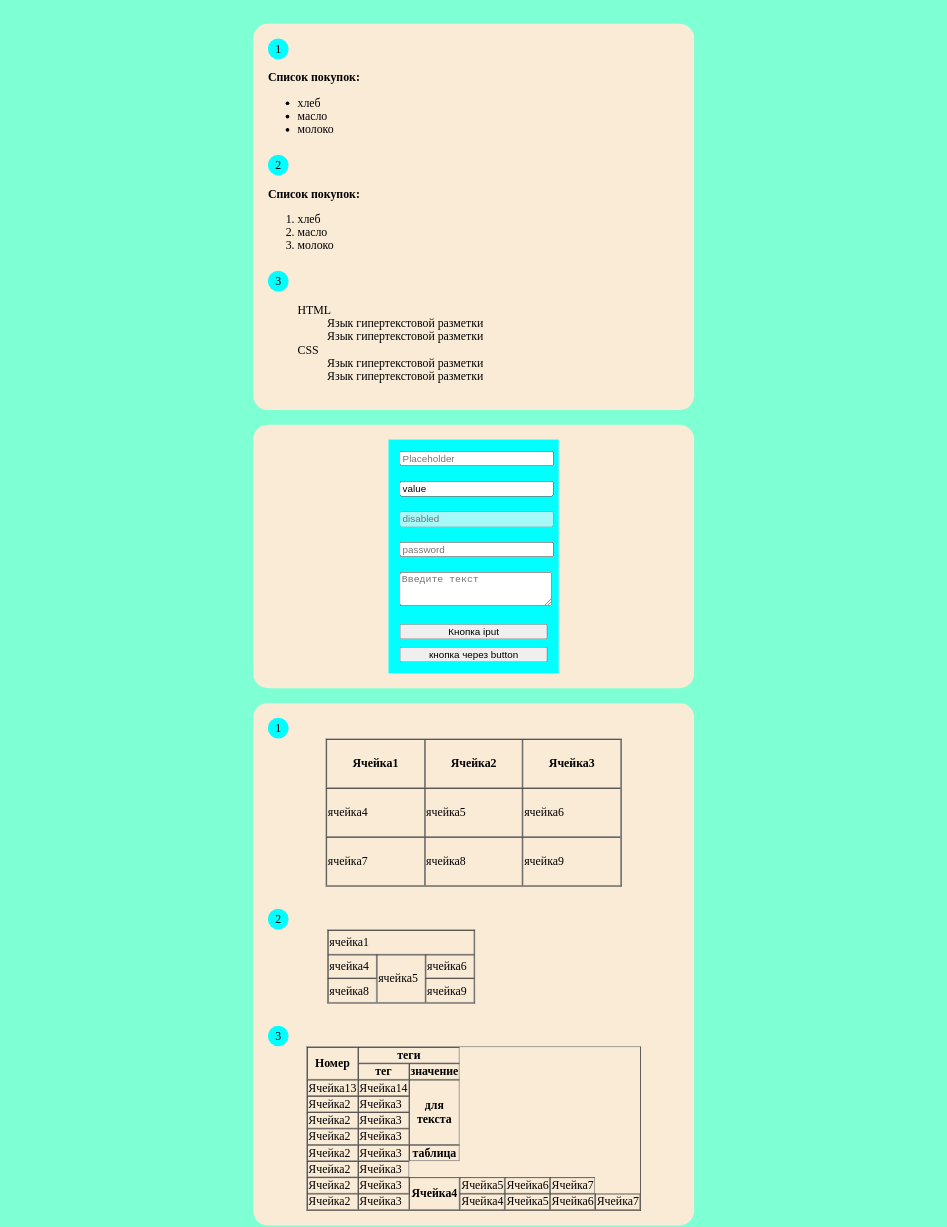
Repository: Savich01/-
Page: html/index.html
The author's editor kept a copy of each file at every save. The page is drawn from the files as they stood at one save, then again after the next save.
The browser window is 1280 px wide. The pictures show the whole page, at 74% of full size.

Above is the page before, as saved 2024-05-31 17:29:47.

### html/index.html
<!DOCTYPE html>
<html lang="en">
<head>
    <meta charset="UTF-8">
    <meta name="viewport" content="width=device-width, initial-scale=1.0">
    <title>Document</title>
    <link rel="stylesheet" href="/css/style.css">
</head>
<body>

    <header class="header">

    </header>
    <main class="main">
        <div class="container">
            <section class="section-1">
                <div class="block">1</div>
                <p class="text">
                    <b>Список покупок:</b>
                </p>
                <ul class="list">
                    <li>хлеб</li>
                    <li>масло</li>
                    <li>молоко</li>
                </ul>

                <div class="block">2</div>
                <p class="text">
                    <b>Список покупок:</b>
                </p>
                <ol class="list">
                    <li>хлеб</li>
                    <li>масло</li>
                    <li>молоко</li>
                </ol>

                <div class="block">3</div>
                <ul class="main-list--item">
                    <li>HTML
                        <ul>
                            <li class="main-link">Язык гипертекстовой разметки</li>
                            <li class="main-link">Язык гипертекстовой разметки</li>
                        </ul>
                    </li>
                    <li>CSS
                        <ul>
                            <li class="main-link">Язык гипертекстовой разметки</li>
                            <li class="main-link">Язык гипертекстовой разметки</li>
                        </ul>
                    </li>
                </ul>
            </section>

            <section class="section-2">
                <form action="#" class="form">
                    <input class="input" type="text" placeholder="Placeholder">
                    <input class="input" type="text" value="value">
                    <input class="input" type="text" disabled="disabled" placeholder="disabled">
                    <input class="input" type="password" placeholder="password">
                    <textarea class="textarea" placeholder="Введите текст"></textarea>
                    <input class="input-btn" type="button" value="Кнопка iput">
                    <button class="button">кнопка через button</button>
                </form>
            </section>

            <section class="section-3">
                <div class="block">1</div>
                <table class="table" width=400 height=200 border=1 cellpedding=0 cellspacing=0>
                    <tr>
                        <th>Ячейка1</th>
                        <th>Ячейка2</th>
                        <th>Ячейка3</th>
                    </tr>

                    <tr>
                        <td>ячейка4</td>
                        <td>ячейка5</td>
                        <td>ячейка6</td>
                    </tr>
                    <tr>
                        <td>ячейка7</td>
                        <td>ячейка8</td>
                        <td>ячейка9</td>
                    </tr>
                </table>

                <div class="block">2</div>
                <table class="table2" width=200 height=100  border="1" cellpedding=0 cellspacing=0>
                    <tr>
                        <td colspan="3">ячейка1</td>
                        <!-- <td>ячейка2</td> -->
                        <!-- <td>ячейка3</td> -->
                    </tr>
                    <tr>
                        <td>ячейка4</td>
                        <td rowspan="2">ячейка5</td>
                        <td>ячейка6</td>
                    </tr>
                    <tr>
                        <!-- <td>ячейка7</td> -->
                        <td>ячейка8</td>
                        <td>ячейка9</td>
                    </tr>
                </table>

                <div class="block">3</div>
                <table class="table3" width=400 height=50  border="1" cellpedding=0 cellspacing=0>
                    <tr>
                        <th rowspan="2">Номер</th>
                        <th colspan="5">теги</th>
                        <!-- <th>Ячейка3</th> -->
                        <!-- <th>Ячейка4</th> -->
                        <!-- <th>Ячейка5</th> -->
                        <!-- <th>Ячейка6</th> -->
                    </tr>
                    <tr>
                        <!-- <td>Ячейка7</td> -->
                        <th>тег</th>
                        <th colspan="4">значение</th>
                        <!-- <td>Ячейка10</td> -->
                        <!-- <td>Ячейка11</td> -->
                        <!-- <td>Ячейка12</td> -->
                    </tr>
                    <tr>
                        <td>Ячейка13</td>
                        <td>Ячейка14</td>
                        <th rowspan="4" colspan="4">для текста</th>
                        <!-- <td>Ячейка16</td> -->
                        <!-- <td>Ячейка17</td> -->
                        <!-- <td>Ячейка18</td> -->
                    </tr>
                    <tr>
                        <td>Ячейка2</td>
                        <td>Ячейка3</td>
                        <!-- <td>Ячейка4</td> -->
                        <!-- <td>Ячейка5</td> -->
                        <!-- <td>Ячейка6</td> -->
                        <!-- <td>Ячейка7</td> -->
                    </tr>
                    <tr>
                        <td>Ячейка2</td>
                        <td>Ячейка3</td>
                        <!-- <td>Ячейка4</td> -->
                        <!-- <td>Ячейка5</td> -->
                        <!-- <td>Ячейка6</td> -->
                        <!-- <td>Ячейка7</td> -->
                    </tr>
                    <tr>
                        <td>Ячейка2</td>
                        <td>Ячейка3</td>
                        <!-- <td>Ячейка4</td> -->
                        <!-- <td>Ячейка5</td> -->
                        <!-- <td>Ячейка6</td> -->
                        <!-- <td>Ячейка7</td> -->
                    </tr>
                    <tr>
                        <td>Ячейка2</td>
                        <td>Ячейка3</td>
                        <th colspan="4">таблица</th>
                        <!-- <td>Ячейка5</td> -->
                        <!-- <td>Ячейка6</td> -->
                        <!-- <td>Ячейка7</td> -->
                    </tr>
                    <tr>
                        <td>Ячейка2</td>
                        <td>Ячейка3</td>
                        <!-- <th colspan="4">ряд таблицы</th> -->
                        <!-- <td>Ячейка5</td> -->
                        <!-- <td>Ячейка6</td> -->
                        <!-- <td>Ячейка7</td> -->
                    </tr>
                    <tr>
                        <td>Ячейка2</td>
                        <td>Ячейка3</td>
                        <th rowspan="4" colspan="4">Ячейка4</th>
                        <td>Ячейка5</td>
                        <td>Ячейка6</td>
                        <td>Ячейка7</td>
                    </tr>
                    <tr>
                        <td>Ячейка2</td>
                        <td>Ячейка3</td>
                        <td>Ячейка4</td>
                        <td>Ячейка5</td>
                        <td>Ячейка6</td>
                        <td>Ячейка7</td>
                    </tr>

                </table>
            </section>
        </div>
    </main>
    <footer class="footer">

    </footer>

</body>
</html>

### css/style.css
body{
    max-width: 600px;
    height: 100%;
    margin: 0 auto;
    background-color: aquamarine;
    padding: 0px 10px;
}

.container{
    padding: 2px;
    margin-top: 30px;
}
/* ==========SECTION-1========================== */
.section-1{
    padding: 20px;
    background-color: antiquewhite;
    border-radius: 20px;
    margin-bottom: 20px;
}

.block{
    background-color:aqua;
    display: inline-block;
    padding: 5px 10px;
    border-radius: 100%;
}

.list{
    margin-bottom: 25px;
}
.main-list--item{
    list-style: none;
    /* text-decoration: none; */
}

.main-link{
    list-style: none;
}

/* ==========SECTION-2========================== */

.section-2{
    background-color: antiquewhite;
    border-radius: 20px;
    padding: 20px;
    margin-bottom: 20px;
}

.form{
    margin: 0 auto;
    max-width: 200px;
    padding: 15px;
    background-color: aqua;
}
.input{
    margin: 0 auto;
    width: 100%;
    margin-bottom: 20px;
}
.textarea{
    width: 100%;
    height: 40px;
    margin-bottom: 20px;
}

.input-btn{
    display: block;
    width: 100%;
    margin-bottom: 10px;
    cursor: pointer;
}
.button{
    display: block;
    width: 100%;
    cursor: pointer;
}

/* ==========SECTION-3========================== */

.section-3{
    background-color: antiquewhite;
    border-radius: 20px;
    padding: 20px;
}

.table{
    margin: 0 auto;
    margin-bottom: 30px;
}
.table2{
    margin-left: 80px;
    margin-bottom: 30px;
}
.table3{
    margin: 0 auto;
}

After the next save:
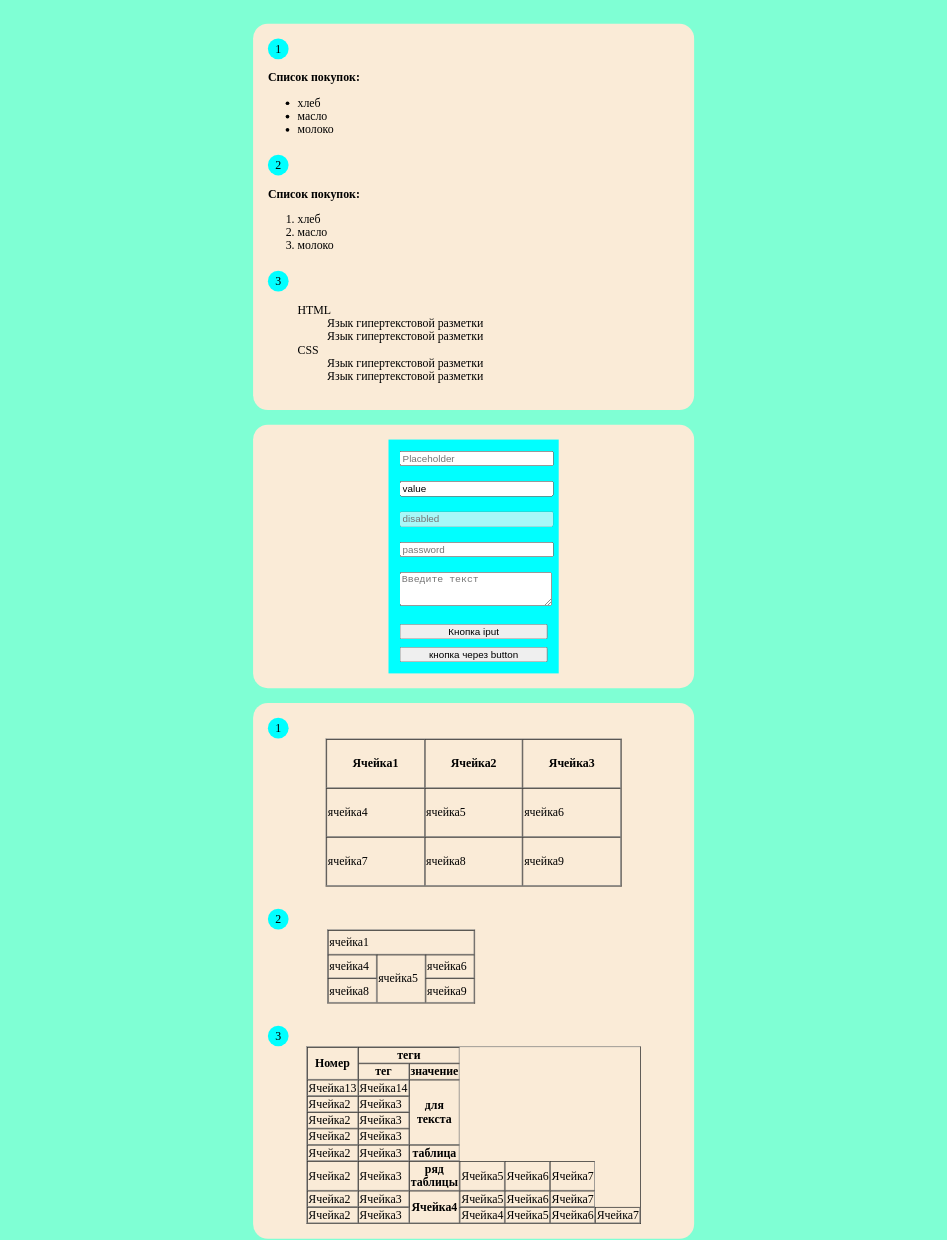
Saved 10 s later.
--- a/html/index.html
+++ b/html/index.html
@@ -164,10 +164,10 @@
                     <tr>
                         <td>Ячейка2</td>
                         <td>Ячейка3</td>
-                        <!-- <th colspan="4">ряд таблицы</th> -->
-                        <!-- <td>Ячейка5</td> -->
-                        <!-- <td>Ячейка6</td> -->
-                        <!-- <td>Ячейка7</td> -->
+                        <th colspan="4">ряд таблицы</th>
+                        <td>Ячейка5</td>
+                        <td>Ячейка6</td>
+                        <td>Ячейка7</td>
                     </tr>
                     <tr>
                         <td>Ячейка2</td>
